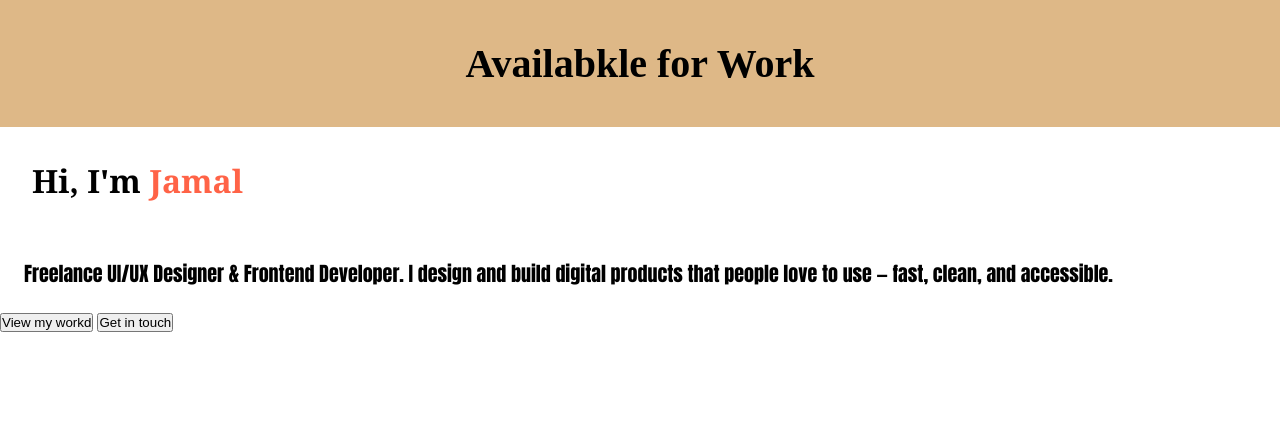
Repository: jamalissef-glitch/exercise1-JS
Page: Exercise33/index.html
An editor plug-in stored every save of this project. The page is shown before and after the next save, followed by the edit.
The browser window is 1280 px wide. The pictures show the whole page.

Above is the page before, as saved 2026-07-14 17:43:31.

After the next save:
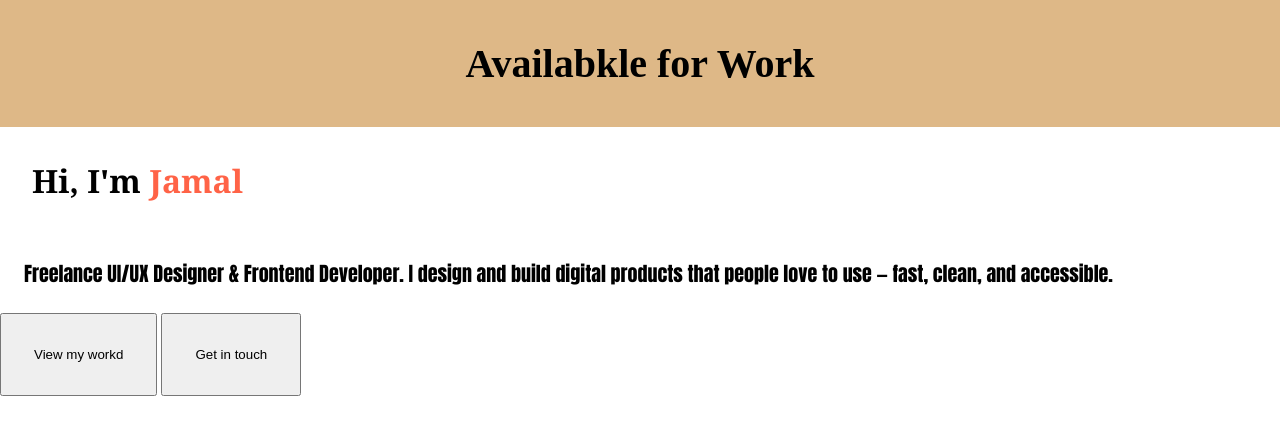
Saved 8 s later.
--- a/Exercise33/index.html
+++ b/Exercise33/index.html
@@ -41,7 +41,10 @@
   font-family: Impact, Haettenschweiler, 'Arial Narrow Bold', sans-serif;
  }
 
- button {}
+ button {
+
+  padding: 2rem;
+ }
 </style>
 
 <body>
